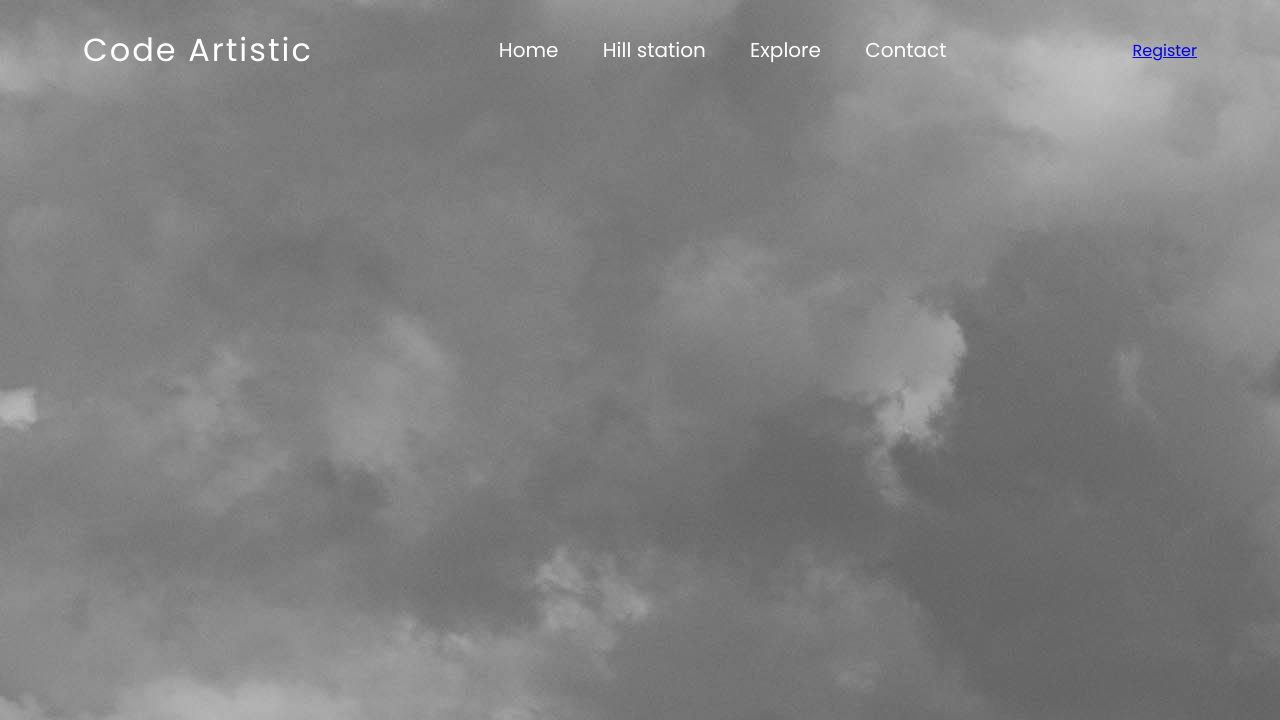
Repository: Ruxmary7/energy
Page: starter/index.html
An editor plug-in stored every save of this project. The page is shown before and after the next save, followed by the edit.
The browser window is 1280 px wide. The pictures show the whole page.

Above is the page before, as saved 2025-01-10 22:03:37.

### starter/index.html
<!DOCTYPE html>
<html lang="en">
<head>
    <meta charset="UTF-8">
    <meta name="viewport" content="width=device-width, initial-scale=1.0">
    <title>Landing page</title>
    <link rel="stylesheet" href="style.css">
</head>
<body>
    <header>
<nav>
    <div class="logo">
Code Artistic
    </div>
<div class="menu">
    <a href="#">Home</a>
    <a href="#">Hill station</a>
    <a href="#">Explore</a>
<a href="#">Contact</a>

</div>
<div class="register">
    <a href="#">Register</a>
</div>

    </header>
</body>
</html>

### starter/style.css

@import url('https://fonts.googleapis.com/css2?family=Hind&family=Poppins:ital,wght@0,200;0,300;0,400;0,500;0,600;1,200&display=swap');

* {
    padding: 0;
    margin: 0;
    box-sizing: border-box;
}

header {
    width: 100%;
    height: 100vh;
    background: url(abc.jpg);
    block-size: cover;
    font-family: Poppins, sans-serif;
 nav {
    width: 100%;
    height: 100px;
    color: #fff;
    display: flex;
    justify-content: space-around;
align-items: center;
 }
 .logo {
font-size: 2em;
letter-spacing: 2px;
 }
 .menu a {
    text-decoration: none;
    color: #fff;
    padding: 10px 20px;
   font-size: 20px;
 }
 .register a{

 }
}

After the next save:
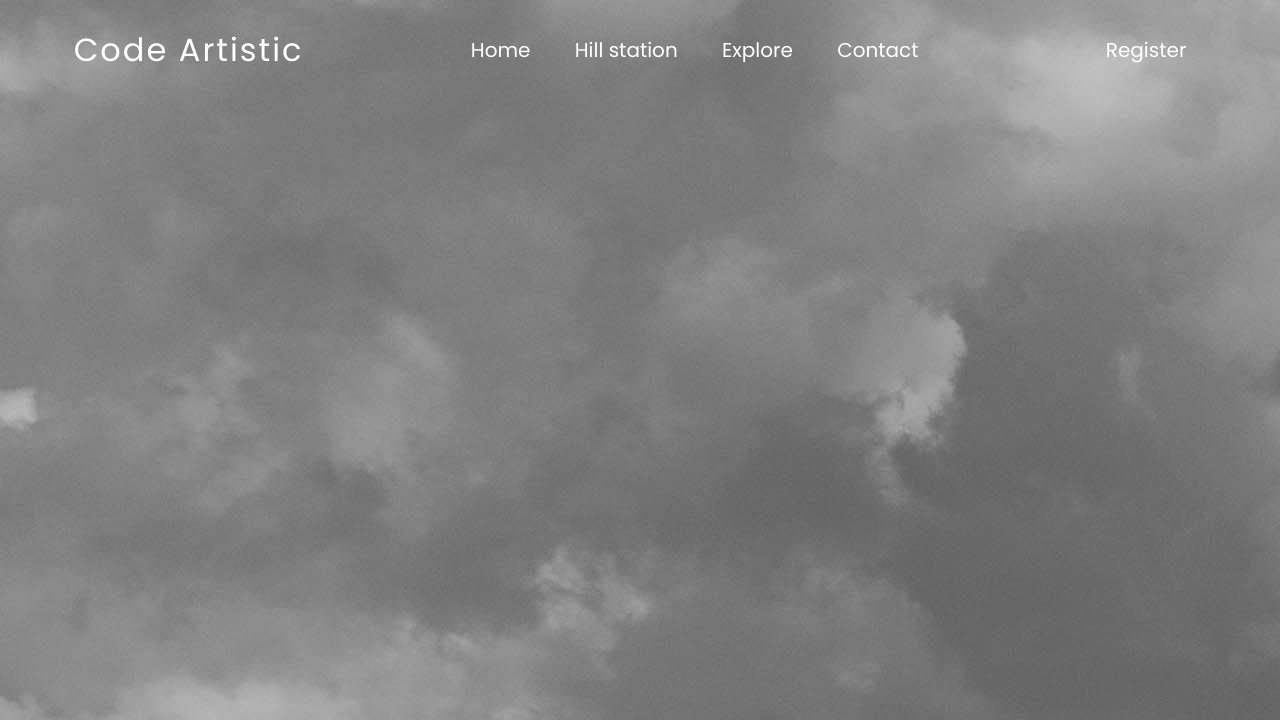
Saved 6 s later.
--- a/starter/style.css
+++ b/starter/style.css
@@ -32,6 +32,9 @@ letter-spacing: 2px;
    font-size: 20px;
  }
  .register a{
-
+    text-decoration: none;
+    color: #fff;
+    padding: 10px 20px;
+   font-size: 20px;
  }
 }
